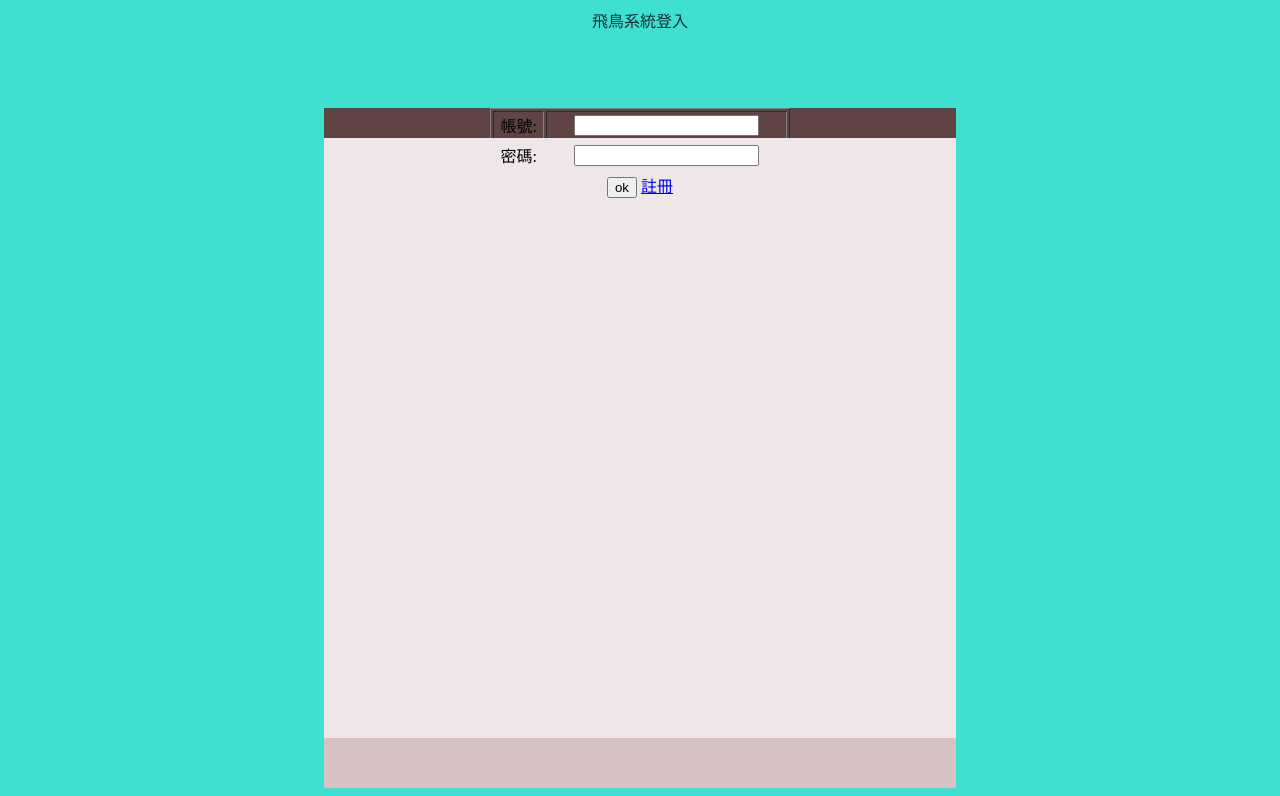
Repository: pride0420/portfolio
Page: Portfolio/1_springBoot/src/main/resources/static/index.html
These files come from the project's save history. The page is drawn as it stood at one moment and after the next save; the edit follows.
The browser window is 1280 px wide. The pictures show the whole page.

Above is the page before, as saved 2023-11-30 14:24:02.

After the next save:
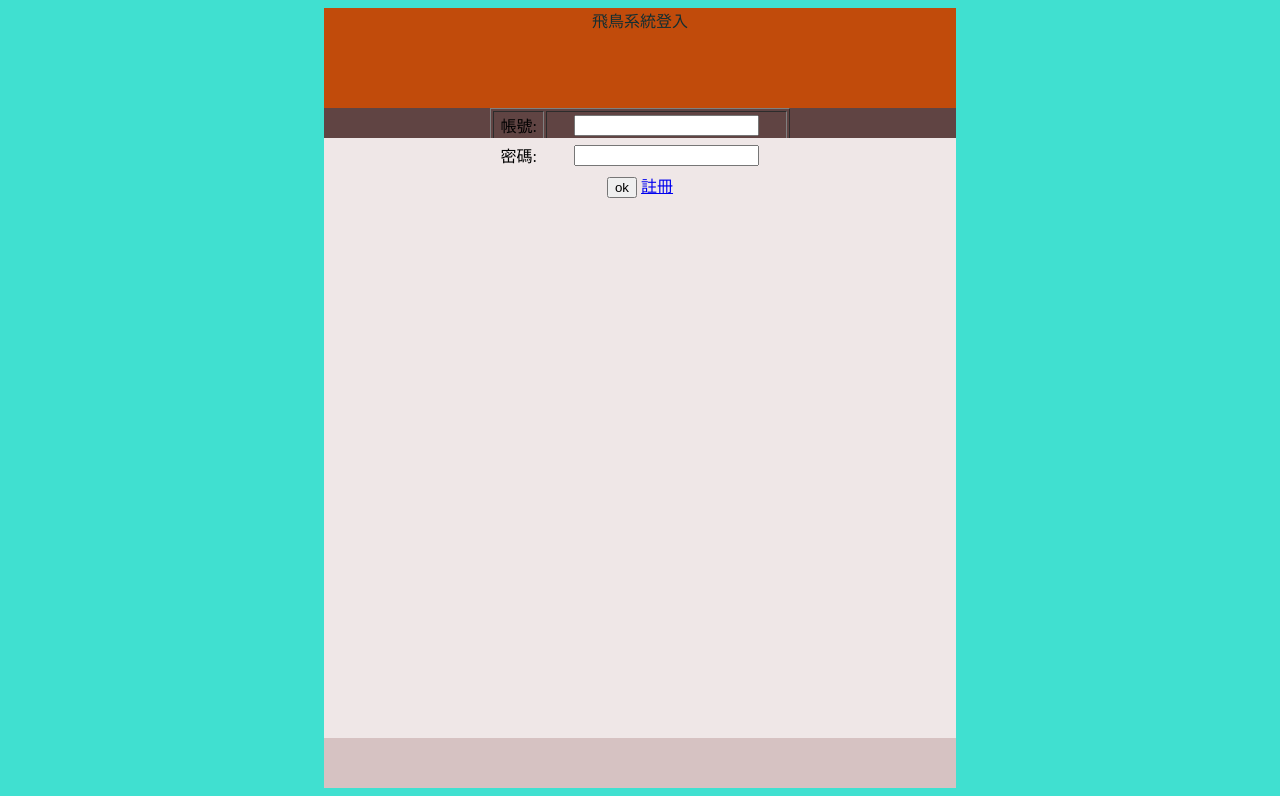
Saved 27 s later.
--- a/Portfolio/1_springBoot/src/main/resources/static/css/index.css
+++ b/Portfolio/1_springBoot/src/main/resources/static/css/index.css
@@ -3,7 +3,7 @@ body{
 	 background-color:  #40e0d0;
 }
 #header{
-	background-color: ;
+	background-color: #C14B0B;
 	width: 50%;
 	height:100px;
 	margin-left: 25%;
